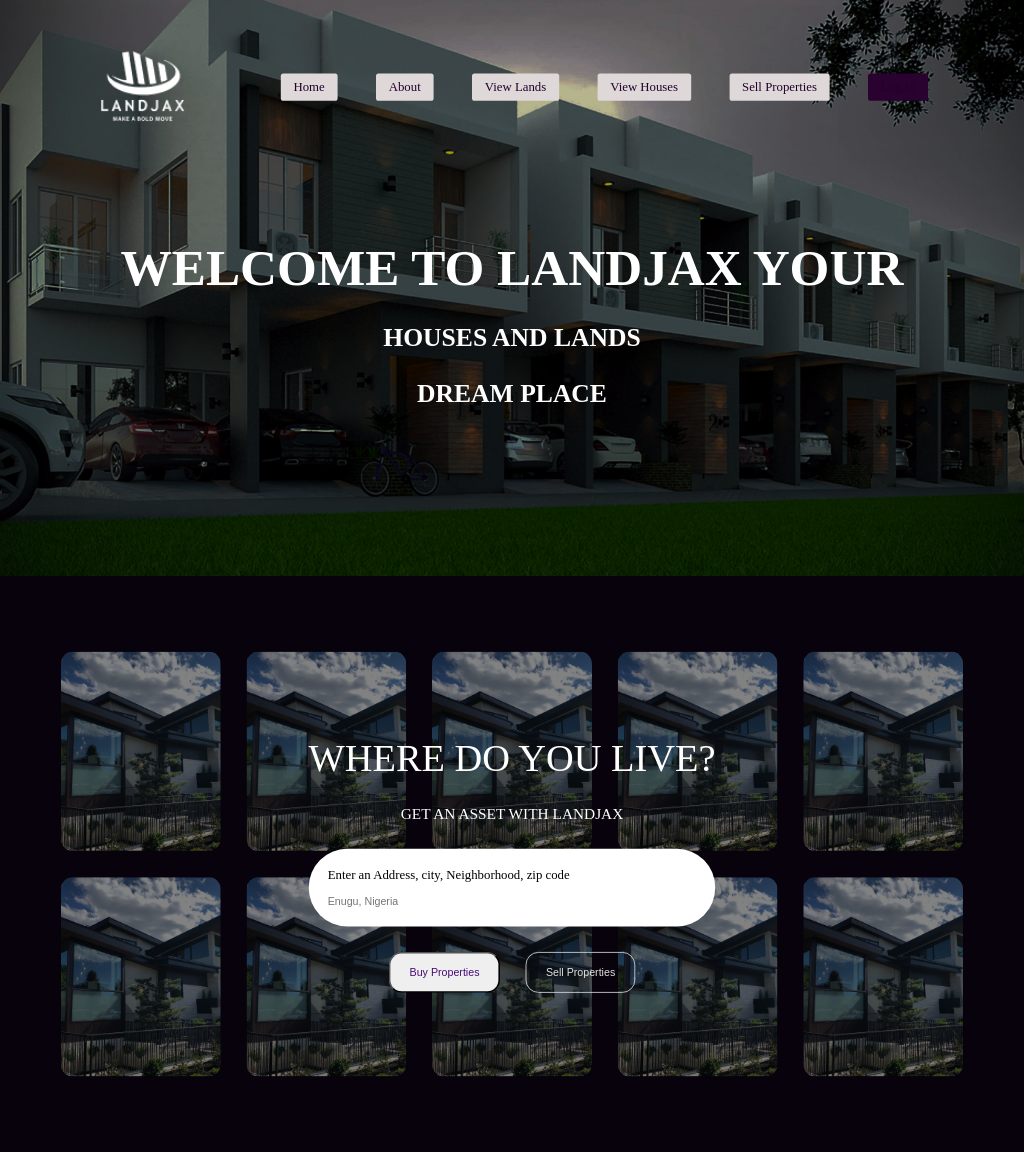
Repository: NorVirae/landjax-frontend
Page: /
These files come from the project's save history. The page is drawn as it stood at one moment and after a run of saves; the edit follows.
The browser window is 1280 px wide. The pictures show the whole page, at 80% of full size.
The project was rebuilt for these pictures with package versions that can differ from the ones it lists, and the page was loaded fresh each time. The framework's server and built-in components were replaced by stand-ins that run in the browser. Also part of the build but not shown: next.config.js.

Above is the page before, as saved 2022-07-02 16:25:58.

After the next 2 saves:
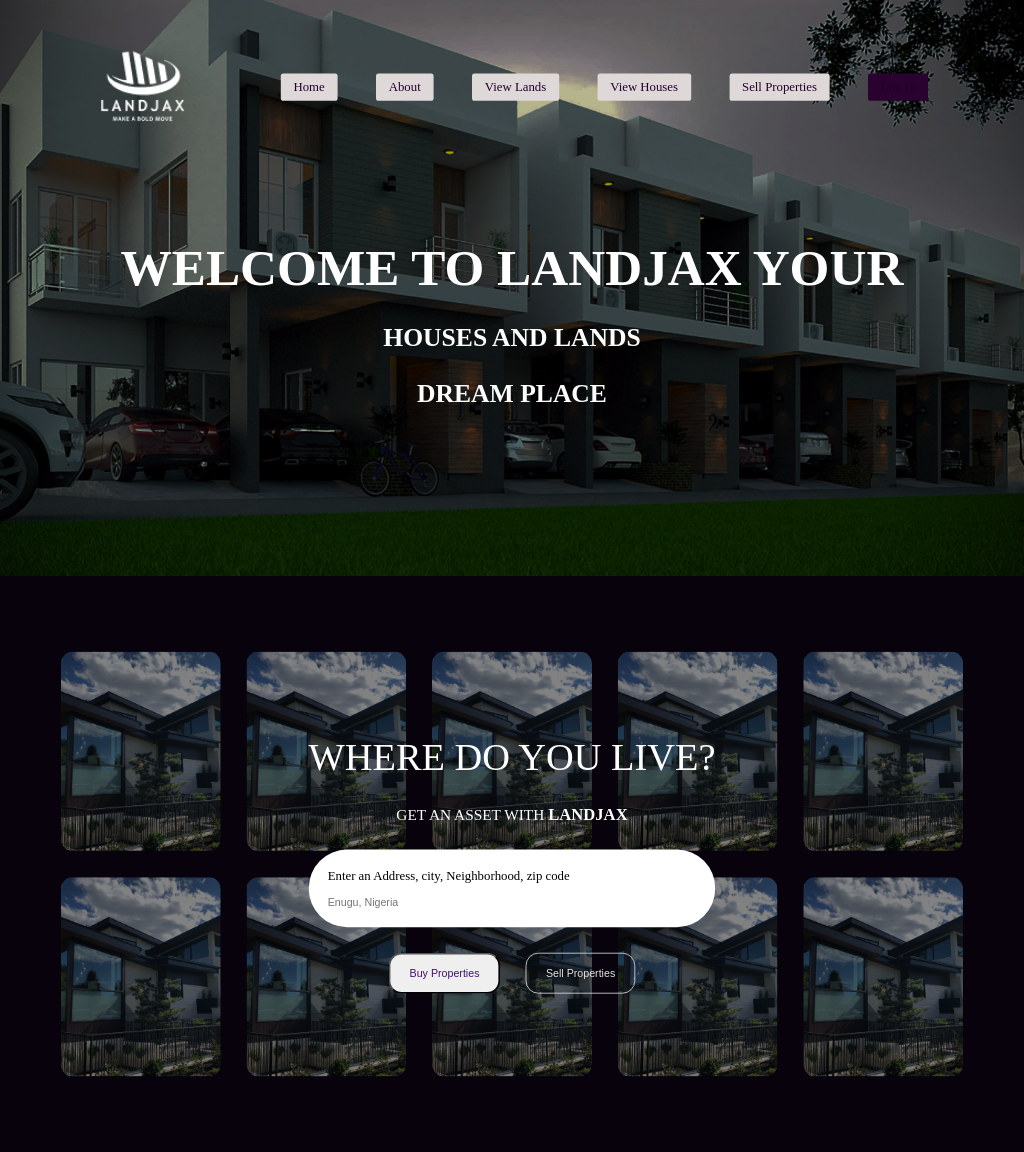
The 2 saves are shown as one change because they came seconds apart.
The last was saved 8 s later.
--- a/pages/index.tsx
+++ b/pages/index.tsx
@@ -49,7 +49,7 @@
 
           <section className='house__intro'>
             <p className='house__live'> WHERE DO YOU LIVE?</p>
-            <p className='house__asset'> GET AN ASSET WITH <span className='house__'>LANDJAX</span></p>
+            <p className='house__asset'> GET AN ASSET WITH <span className='house__land-annouce'>LANDJAX</span></p>
 
             <div className='house__form-group'>
               <label className='house__form-label'>Enter an Address, city, Neighborhood, zip code</label>
